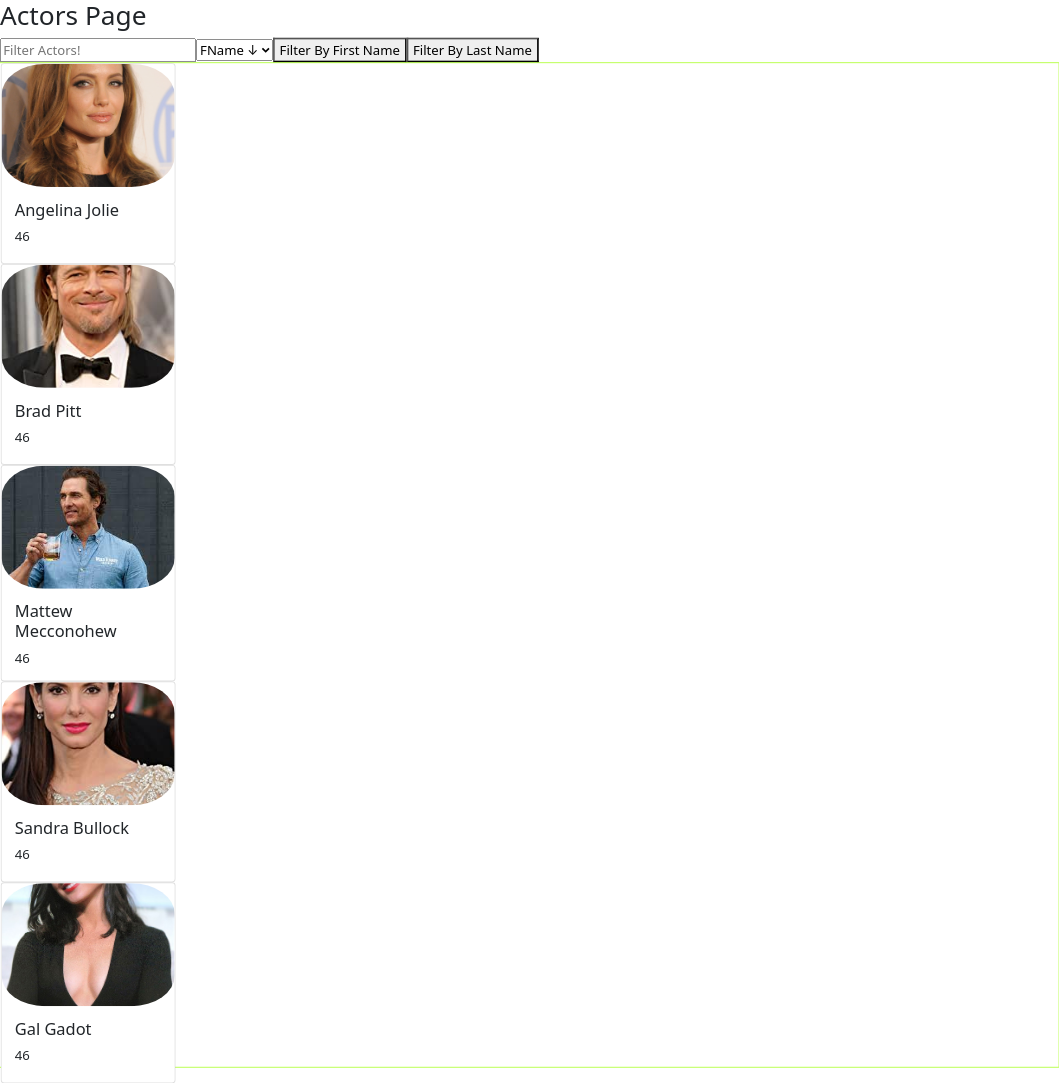
Repository: shuroo/FECourse-react-movieapp
Page: /
These files come from the project's save history. The page is drawn as it stood at one moment and after the next save; the edit follows.
The browser window is 1280 px wide. The page is 1292 px wide, so the pictures cover 1292 px, including what lies to the right of the window. The pictures show the whole page, at 82% of full size.
The project was rebuilt for these pictures with package versions that can differ from the ones it lists, and the page was loaded fresh each time. Also part of the build but not shown: src/App.css.

Above is the page before, as saved 2021-07-25 02:16:07.

### src/App.js
import logo from './logo.svg';
import './App.css';
import React, { useState } from 'react';
import Actor from './pages/Actor';
import 'bootstrap/dist/css/bootstrap.min.css';
import ActorsPage from './pages/ActorsPage';

function App() {
    return <ActorsPage / >
};

export default App;

### src/pages/ActorsPage.jsx
import React, { useState } from 'react';
import ActorModel from '../model/ActorModel';
import CardComponent from "../components/CardComponent";
import SortComponent from "../components/SortComponent";
import ImgGallery from "../components/ImgGallery";

function ActorsPage() {

    const allActors = [ new ActorModel("Angelina", "Jolie", new Date("04/06/1975"), "./angeline.jpg", "https://www.imdb.com/name/nm0001401/"),
    new ActorModel("Brad", "Pitt", new Date("04/06/1975"), "./brad_pitt.jpg", "https://www.imdb.com/name/nm0000093/"),
    new ActorModel("Mattew", "Mecconohew", new Date("04/06/1975"), "./mattehew_mecc.jpeg","https://www.imdb.com/name/nm0000190/"),
    new ActorModel("Sandra", "Bullock", new Date("04/06/1975"), "./sandra_bullock.jpg", "https://www.imdb.com/name/nm0000113/"),
    new ActorModel("Gal", "Gadot", new Date("04/06/1975"), "./gal_gadot.jpg", "https://www.imdb.com/name/nm0000113/")];

    const [actors, setActors] = useState(
        allActors
        )

     let actorsHtml = actors.map(act=><CardComponent key={act.firstName+"1"} actor={act}/>)

    // firstName, lastName, birthday, image, imdbLink

    const [filterText, setFilterText] = useState("")
    const [sortCriteria, setSortCriteria] = useState("")

    function filterTextByEvent(e){
        let text = e.target.value;
        setFilterText(text);
        if(text === ""){
            setActors(allActors);
        }
    }
    function filterByFirstName(){
        let actorsFiltered = [...actors].filter(a=>a.firstName.startsWith(filterText));
        setActors(actorsFiltered);
    }

    function filterByLastName(){
         setActors(actors.filter(a=>a.lastName.startsWith(filterText)));
    }



    return (
        <div >
            <h2>Actors Page</h2>
            <div className="content">
            <input type="text" value={filterText} onChange={(e)=>filterTextByEvent(e)}   placeholder="Filter Actors!"></input>
            <SortComponent actors={actors} setSortCriteria={setSortCriteria} sortCriteria={sortCriteria} setActors={setActors} />
            <button onClick={filterByFirstName}>Filter By First Name</button>
            <button onClick={filterByLastName}>Filter By Last Name</button>
            <div className="row"><ImgGallery actorsHtml={actorsHtml}/></div>
            </div>

        </div>
    );
}

export default ActorsPage;

### src/model/ActorModel.jsx
class ActorModel{

    constructor(firstName, lastName, birthday, image, imdbLink){

        this.firstName = firstName;
        this.lastName = lastName;
        this.birthday = birthday;
        this.image = image;
        this.imdbLink = imdbLink;
        this.age = this.age.bind(this);
    }

    age(){
        var thisyear = new Date().getFullYear();
        var birthyear = this.birthday.getFullYear();
        return (thisyear - birthyear);
    }
}

export default ActorModel;

### src/components/CardComponent.jsx
import React from "react";
import './CardComponent.css';

function CardComponent({actor}) {

	return (

<div className=" card col col-md-2 col-lg-2 col-sm-2" onClick={(e)=>(window.open(actor.imdbLink, '_blank'))}>
  <img className="actorImg card-img-top" src={actor.image} alt={actor.firstName+" "+actor.lastName}/>
  <div className="card-body">
    <h5 className="card-title">{actor.firstName} {actor.lastName}</h5>
    <p className="card-text">{actor.age()}
  </p></div>
  </div>
	)
}

export default CardComponent;

### src/components/SortComponent.jsx
import React from "react";

function SortComponent({sortCriteria, actors, setActors,setSortCriteria}){

    function sortBy(){

        if(sortCriteria === "firstName"){
            actors.sort((a,b)=>
            {
                if(a.firstName < b.firstName) { return -1; }
                if(a.firstName > b.firstName) { return 1; }
                return 0;
            })
        }else{
            actors.sort (
                (a,b)=>
            {
                if(a.lastName < b.lastName) { return -1; }
                if(a.lastName > b.lastName) { return 1; }
                return 0;
            })
        }

        console.log(actors);
        setActors(actors);
        setSortCriteria(sortCriteria);
    }

    return(

<select name="sortBy" value={sortCriteria} onChange={setSortCriteria}  >
  <option value="firstName">FName &#8595;</option>
  <option value="lastName">LName &#8593;</option>
</select>

)}

export default SortComponent;

### src/components/ImgGallery.jsx
import React from "react";
import './CardComponent.css';

function ImgGallery({actorsHtml}){


return(
<div className="gallery">{actorsHtml}</div>

)

}

export default ImgGallery;

### src/components/CardComponent.css
.actorImg {
    border-radius: 25%;
    object-fit: cover;
    height: 150px;
}

.col {
    display: flex;
    justify-content: space-around;
    align-items: flex-start;
    flex-basis: 20%;
}

.card {
    display: flex;
}

.gallery {
    display: flex;
    flex-direction: column;
    border: 1px solid greenyellow;
    align-items: flex-start;
}

Loaded but not shown: public/index.html (common file); src/index.js (common file); src/index.css (common file); src/reportWebVitals.js (common file); src/pages/Actor.jsx (no stored copy; drawn as an empty file)

After the next save:
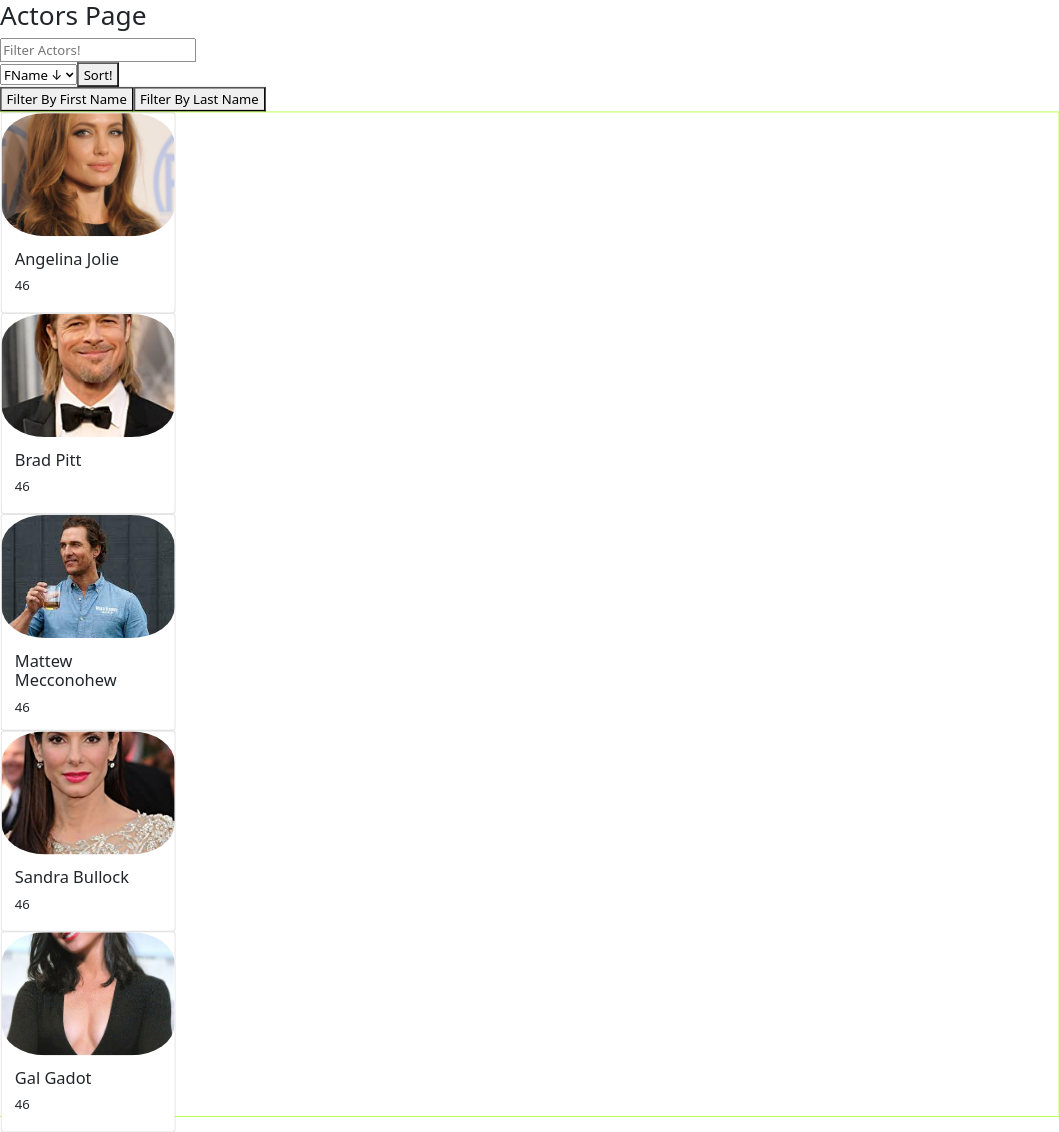
Saved 52 s later.
--- a/src/components/SortComponent.jsx
+++ b/src/components/SortComponent.jsx
@@ -27,11 +27,12 @@
     }
 
     return(
-
-<select name="sortBy" value={sortCriteria} onChange={setSortCriteria}  >
+<div><select name="sortBy" value={sortCriteria} onChange={setSortCriteria}  >
   <option value="firstName">FName &#8595;</option>
   <option value="lastName">LName &#8593;</option>
 </select>
+<button onClick={sortBy}>Sort!</button>
+</div>
 
 )}
 

After the 2 saves that followed:
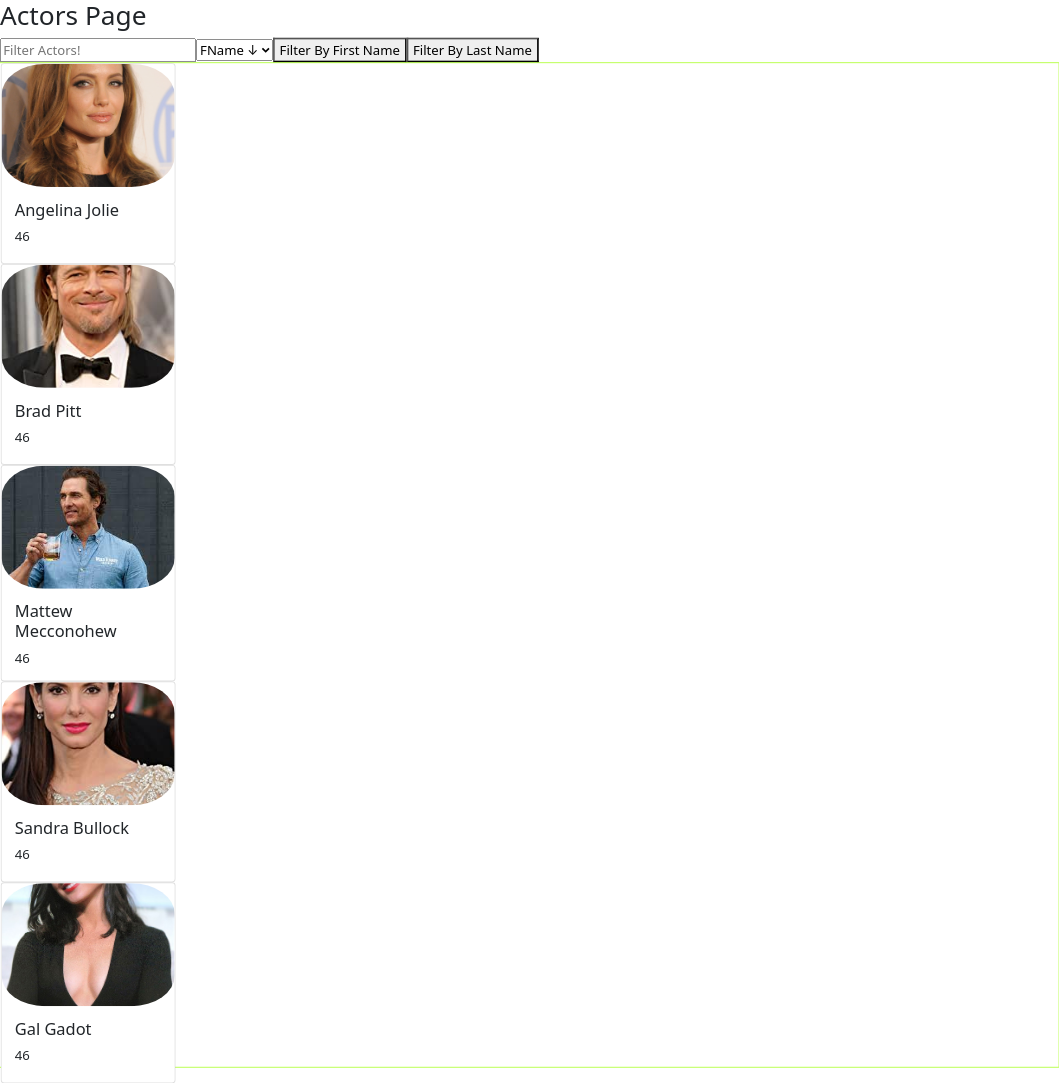
The 2 saves are shown as one change because 1 left the picture as it was.
The last was saved 44 s later.
--- a/src/components/SortComponent.jsx
+++ b/src/components/SortComponent.jsx
@@ -27,12 +27,11 @@
     }
 
     return(
-<div><select name="sortBy" value={sortCriteria} onChange={setSortCriteria}  >
+
+<select name="sortBy" value={sortCriteria} onChange={setSortCriteria}  >
   <option value="firstName">FName &#8595;</option>
   <option value="lastName">LName &#8593;</option>
 </select>
-<button onClick={sortBy}>Sort!</button>
-</div>
 
 )}
 
